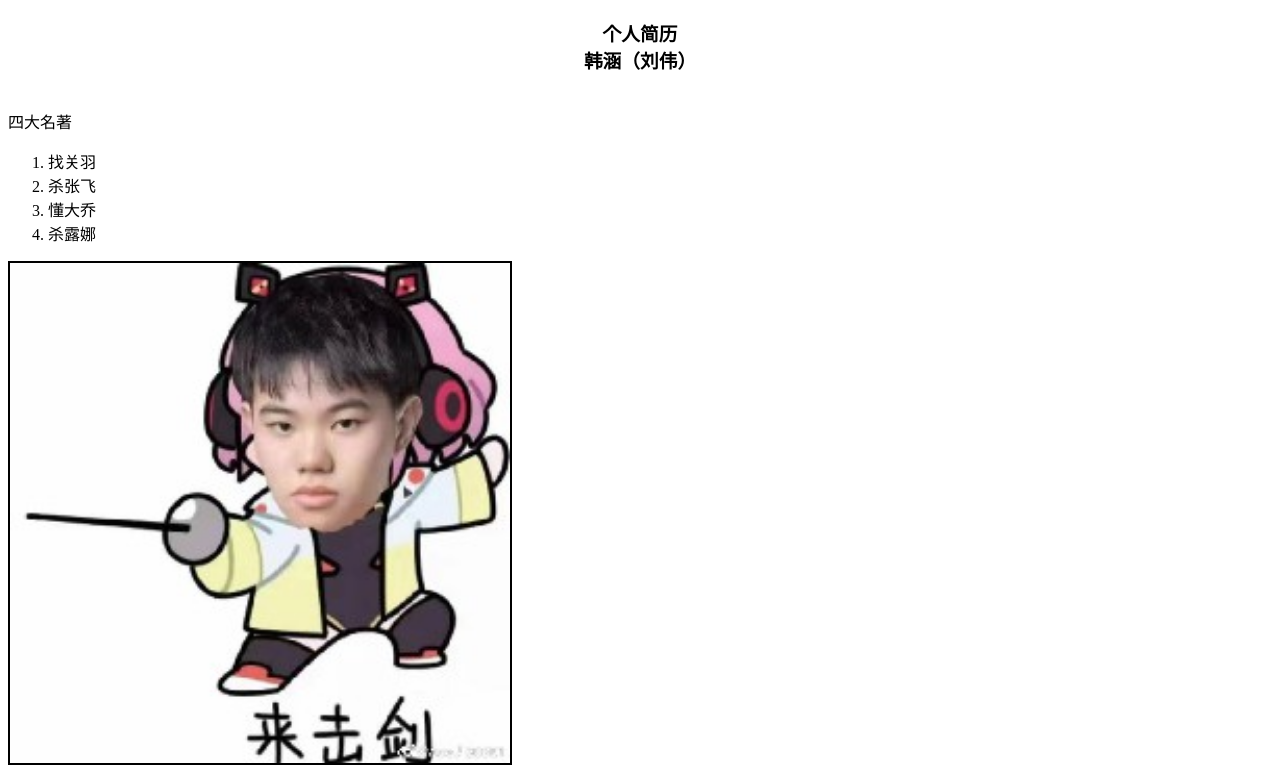
Repository: sheep9590/Test
Page: eclipse-workspace/Prj03/WebRoot/Introduction.html
The author's editor kept a copy of each file at every save. The page is drawn from the files as they stood at one save, then again after the next save.
The browser window is 1280 px wide. The pictures show the whole page.

Above is the page before, as saved 2021-09-08 17:13:25.

After the next save:
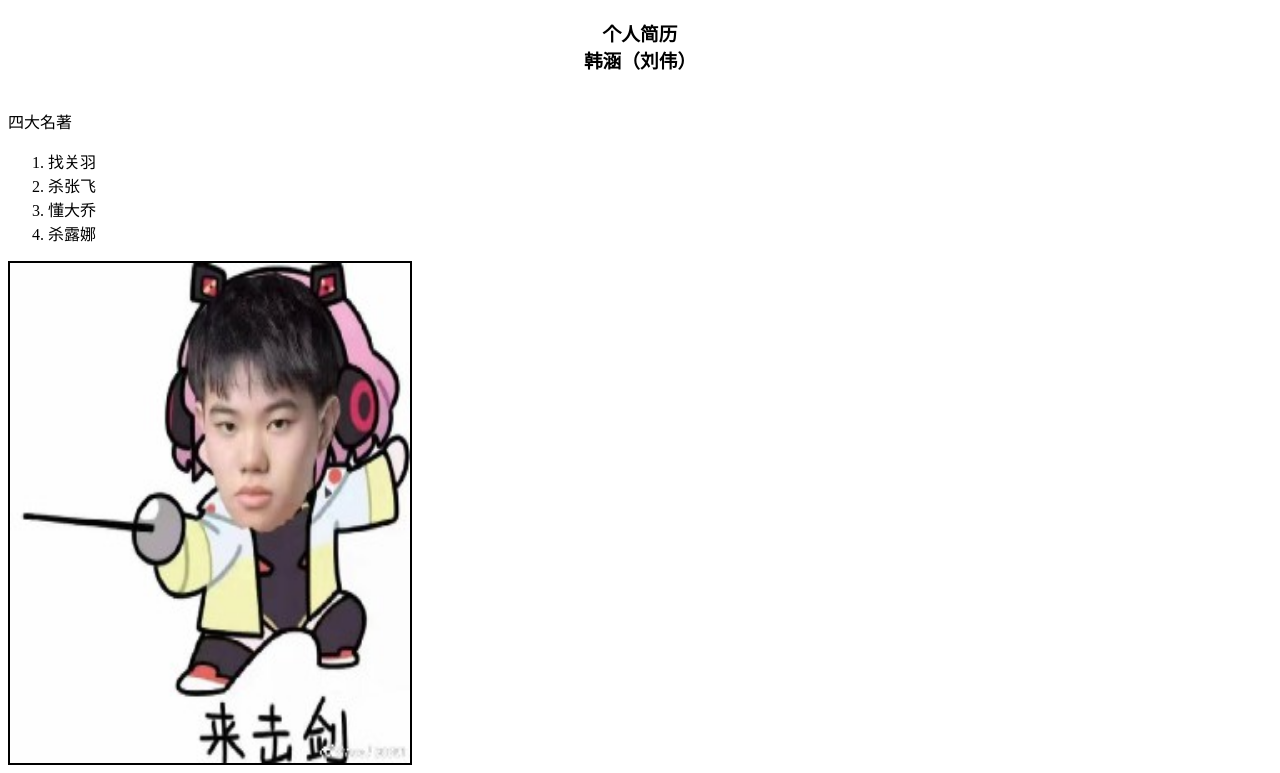
Saved 18 s later.
--- a/eclipse-workspace/Prj03/WebRoot/Introduction.html
+++ b/eclipse-workspace/Prj03/WebRoot/Introduction.html
@@ -14,7 +14,7 @@
 <li>懂大乔</li>
 <li>杀露娜</li>
 </ol>
-<img src=/Prj03/WebRoot/images/6050f0e86b4b03c05bc1eee5328033e~2.jpg width="500" height="500"
+<img src=/Prj03/WebRoot/images/6050f0e86b4b03c05bc1eee5328033e~2.jpg width="400" height="500"
 border="2"align="middle">
 </body>
 </html>
